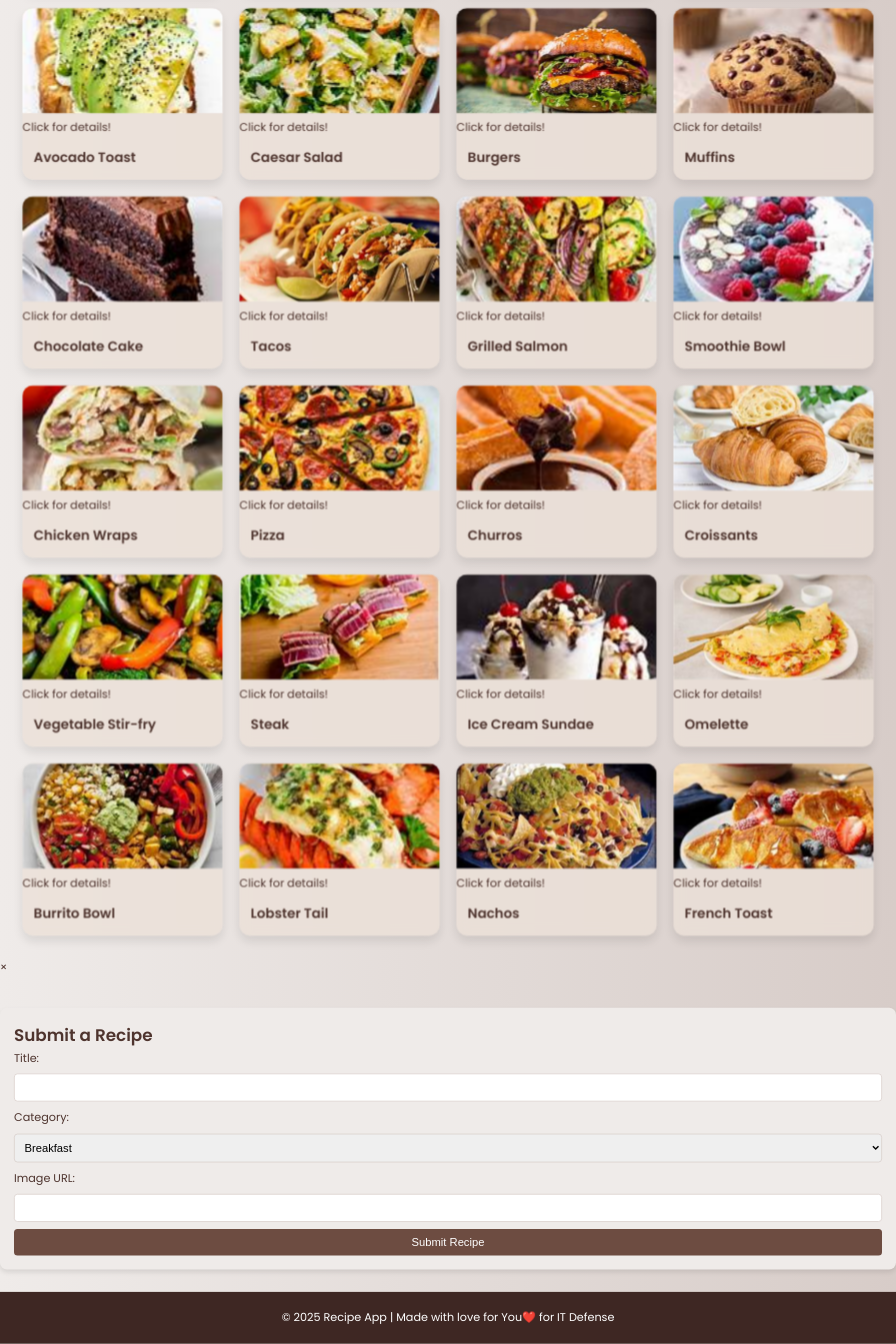
Repository: Patience225/recipe-app
Page: index.html
The author's editor kept a copy of each file at every save. The page is drawn from the files as they stood at one save, then again after a run of saves.
The browser window is 1280 px wide. The pictures show the part of the page from y = 881 to 2801 px (the page is 2801 px tall), at 70% of full size.

Above is the page before, as saved 2025-01-27 11:01:19.

After the next 2 saves:
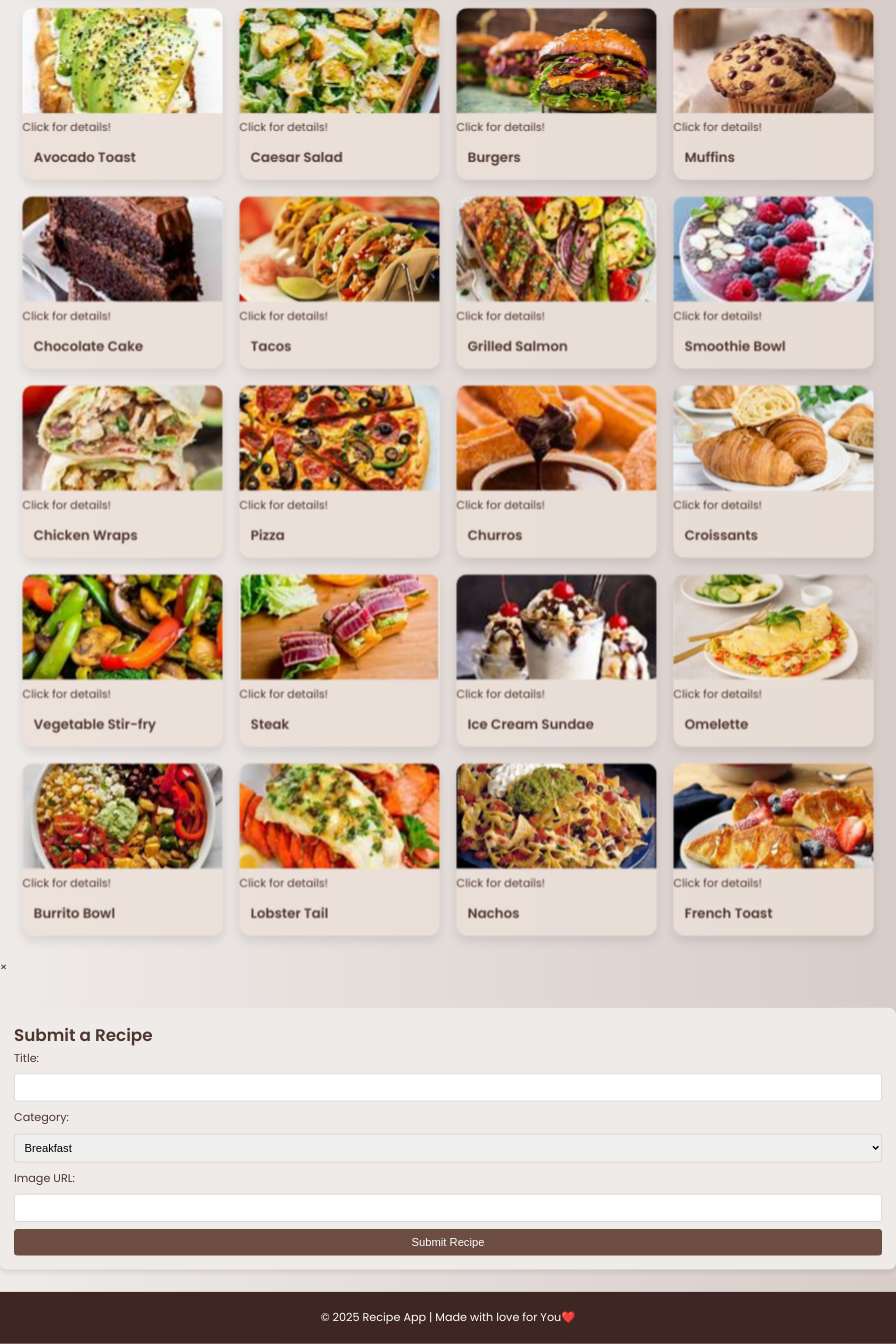
The 2 saves are shown as one change because they came seconds apart.
The last was saved 6 s later.
--- a/index.html
+++ b/index.html
@@ -74,7 +74,7 @@
 
   <!-- Footer -->
   <footer>
-    <p>&copy; 2025 Recipe App | Made with love for You❤️ for IT Defense</p>
+    <p>&copy; 2025 Recipe App | Made with love for You❤️</p>
   </footer>
 
   <script src="script.js"></script>
